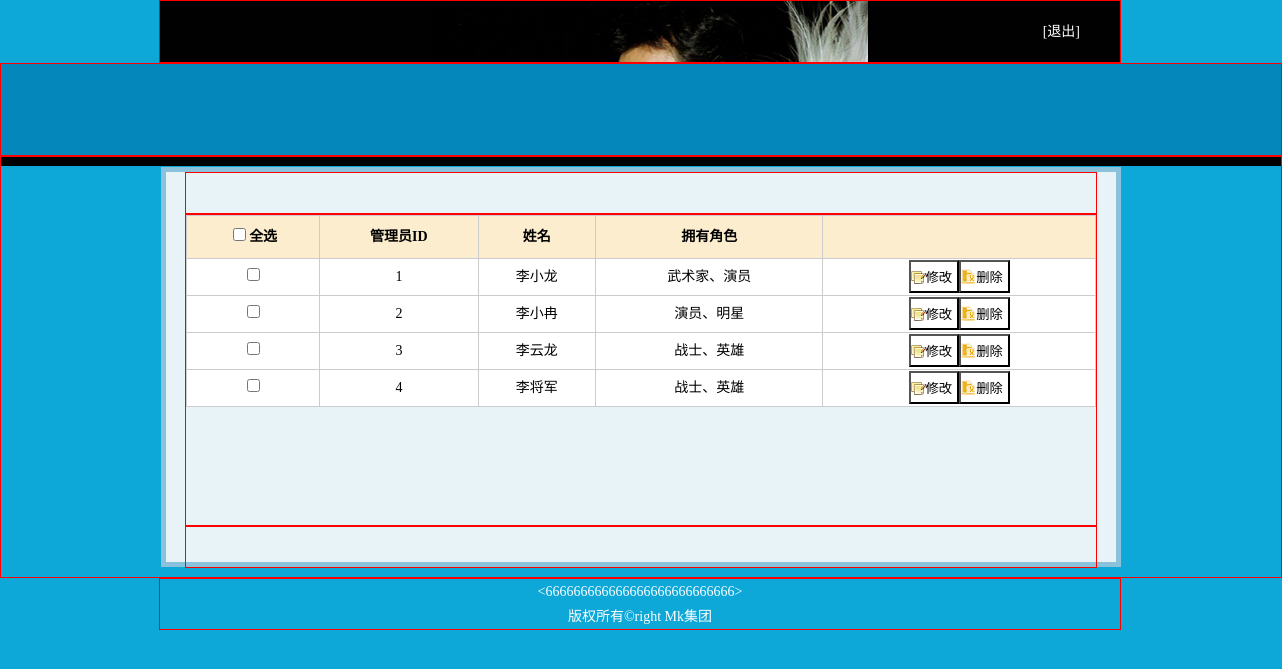
Repository: MasterKweng/workspace
Page: WebBasic/WebContent/Day02/demo6.html
The author's editor kept a copy of each file at every save. The page is drawn from the files as they stood at one save, then again after the next save.
The browser window is 1280 px wide. The page is 1282 px wide, so the pictures cover 1282 px, including what lies to the right of the window. The pictures show the whole page.

Above is the page before, as saved 2018-01-04 08:46:49.

After the next save:
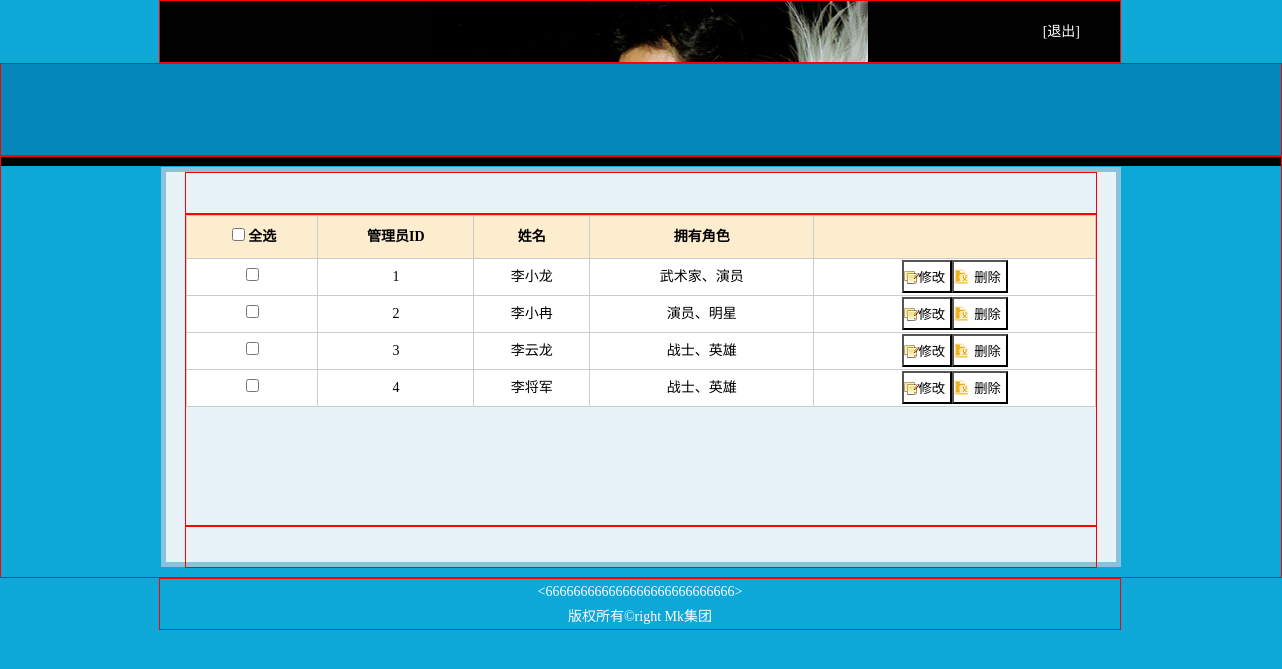
Saved 9 s later.
--- a/WebBasic/WebContent/Day02/demo6.html
+++ b/WebBasic/WebContent/Day02/demo6.html
@@ -122,7 +122,7 @@
 			background:url(../img/modify.png) no-repeat left;
 		}
 		.delete{
-			padding:5px 5px 5px 15px;
+			padding:5px 5px 5px 20px;
 			background:url(../img/delete.png) no-repeat left;
 		}
 
